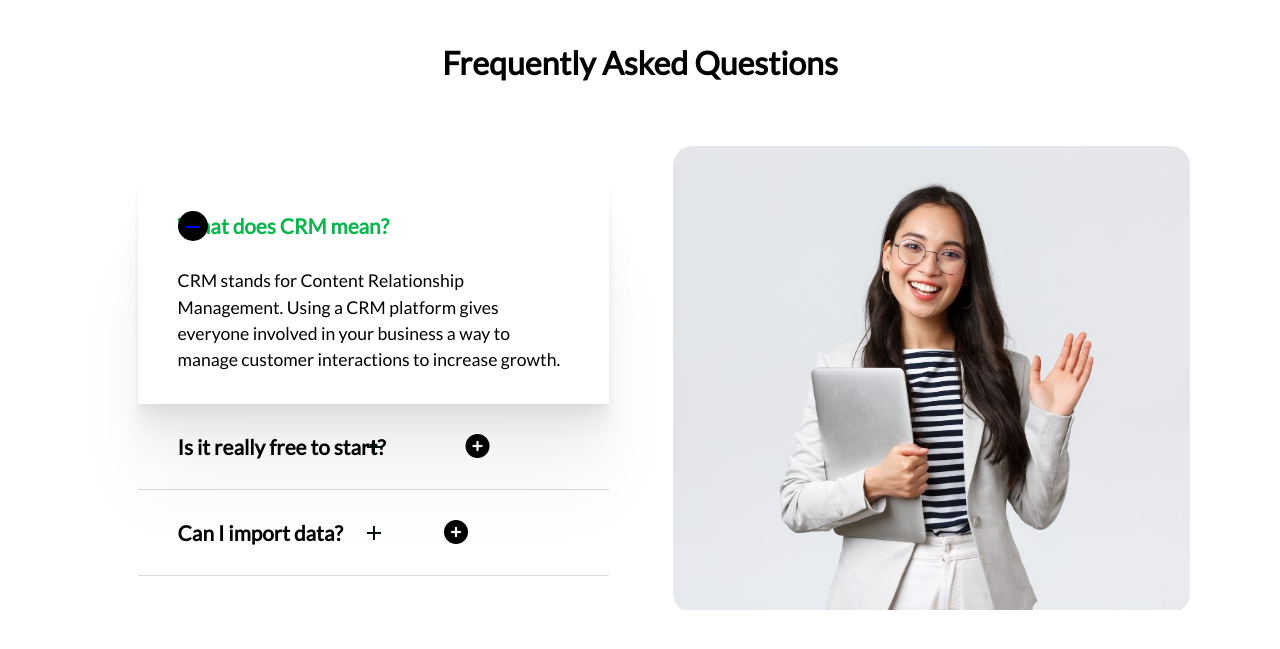
Repository: emiliaiwu/faq_component
Page: index.html
The author's editor kept a copy of each file at every save. The page is drawn from the files as they stood at one save, then again after a run of saves.
The browser window is 1280 px wide. The pictures show the whole page.
Some icons come from a web library that is not loaded, so they are not drawn. Some web libraries are served in a nearby version.

Above is the page before, as saved 2022-12-13 20:41:53.

After the next 4 saves:
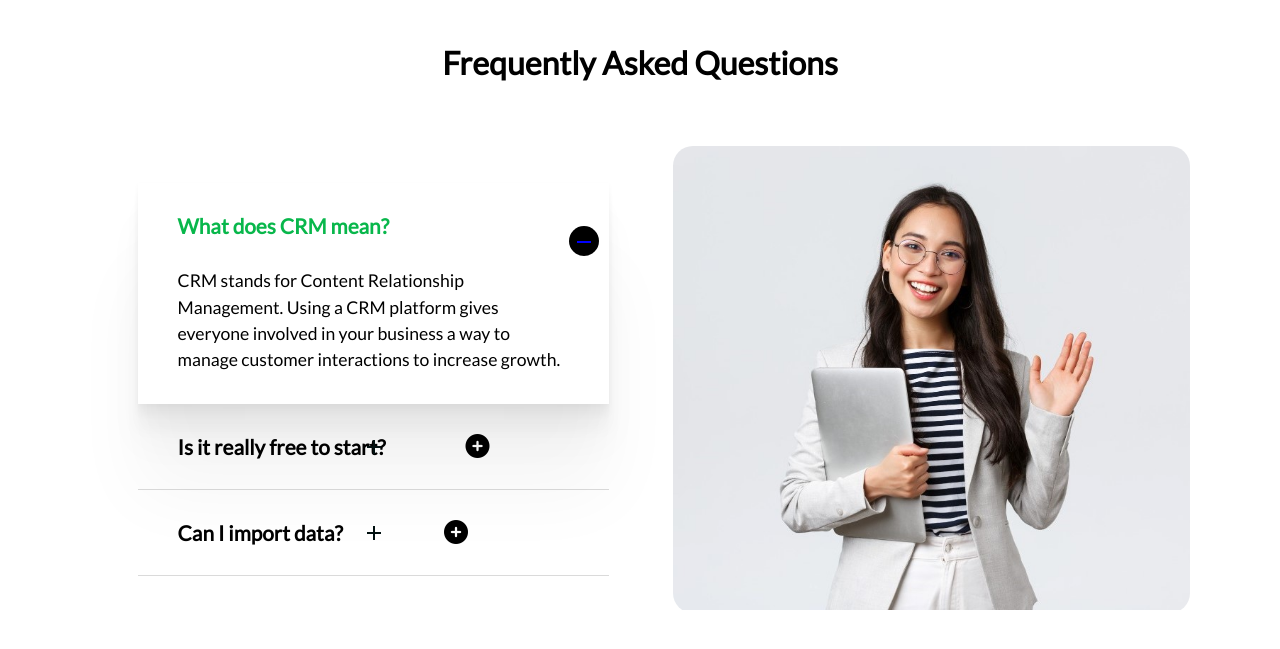
The 4 saves are shown as one change because they came seconds apart.
The last was saved 11 s later.
--- a/index.html
+++ b/index.html
@@ -17,12 +17,12 @@
                         <h3>What does CRM mean?</h3>
 
                         <div class="toggle-parent">
-
-                        </div>
-                        <div class="toggle">
+                             <div class="toggle">
                             <!-- <i class="fa-solid fa-circle-plus"></i> -->
                             <i class="fa-solid fa-circle-minus"></i>
+                            </div>
                         </div>
+
 
                     </div>
                     <div class="content_wrap">
